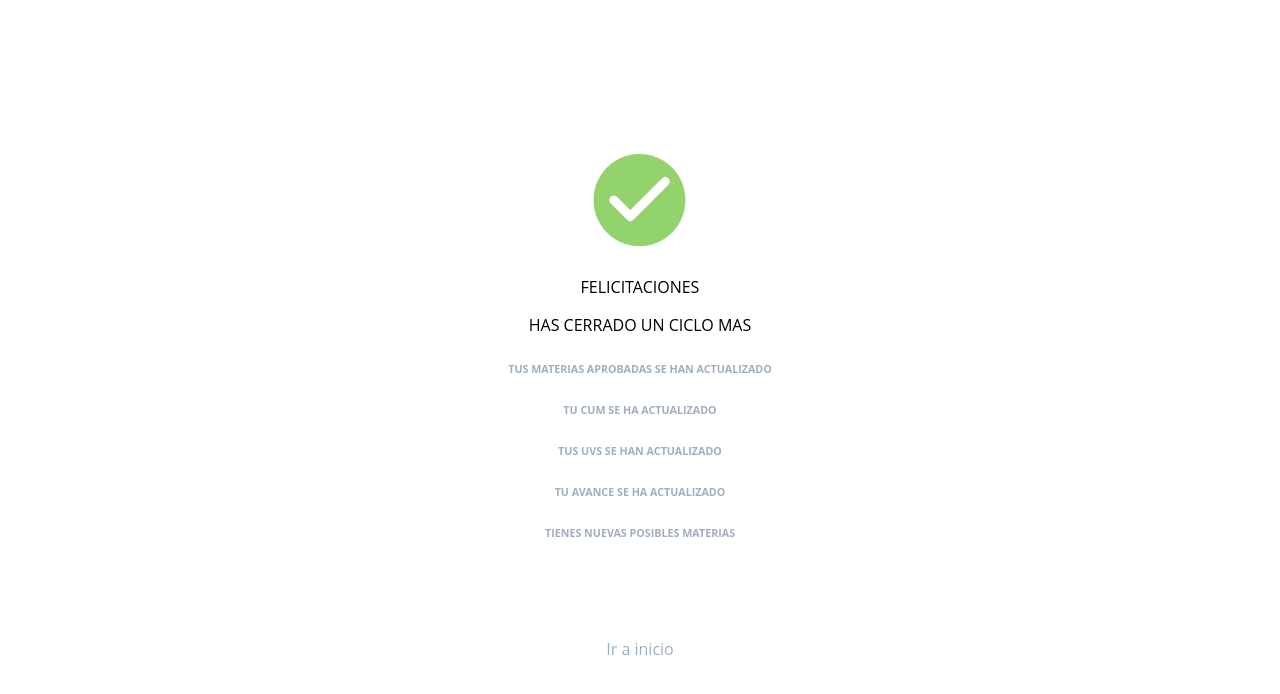
Repository: Cj72001/Proyecto-IngSoft
Page: http://localhost/spring-boot-project00/WEB-INF/jsp/closeSemesterSuccess.jsp
These files come from the project's save history. The page is drawn as it stood at one moment and after the next save; the edit follows.
The browser window is 1280 px wide. The pictures show the whole page.
The page is served by Tomcat 9. Nobody is signed in. The template is opened directly, without the code that normally fills it, so the values that code supplies are empty.

Above is the page before, as saved 2022-11-08 22:00:02.

After the next save:
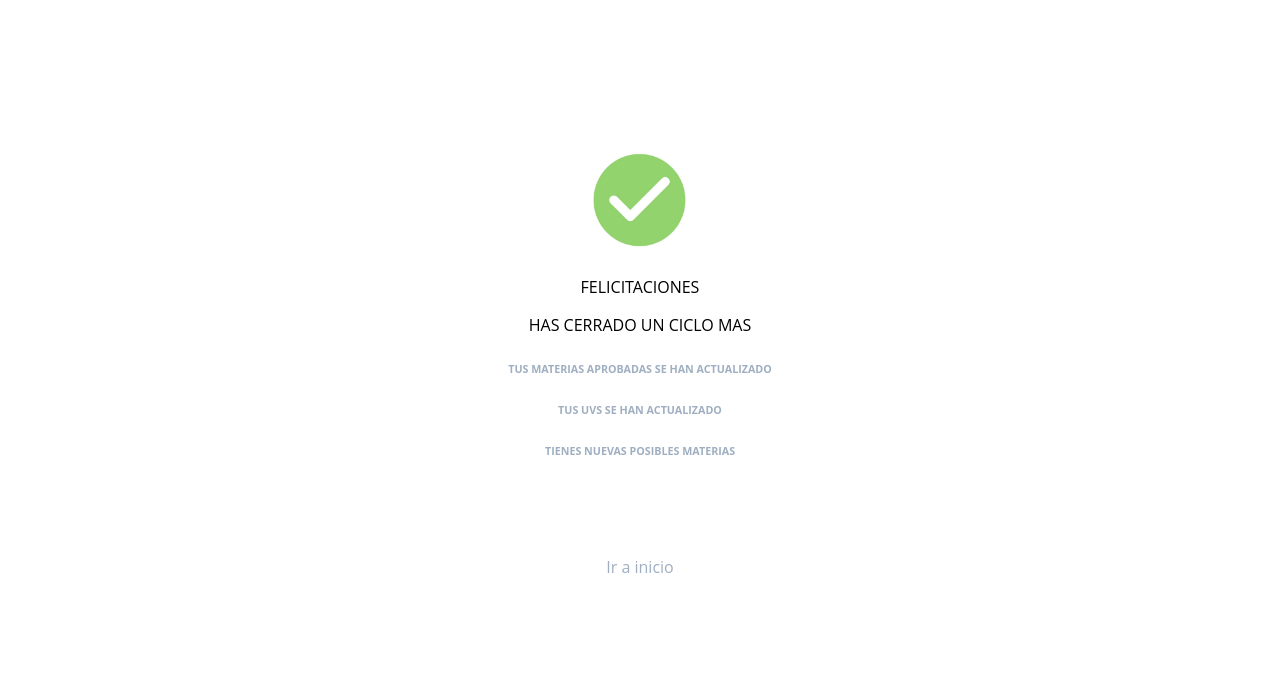
Saved 20 s later.
--- a/spring-boot-project00/src/main/webapp/WEB-INF/jsp/closeSemesterSuccess.jsp
+++ b/spring-boot-project00/src/main/webapp/WEB-INF/jsp/closeSemesterSuccess.jsp
@@ -25,13 +25,7 @@
                 TUS MATERIAS APROBADAS SE HAN ACTUALIZADO
             </h6>
             <h6>
-                TU CUM SE HA ACTUALIZADO
-            </h6>
-            <h6>
                 TUS UVS SE HAN ACTUALIZADO
-            </h6>
-            <h6>
-                TU AVANCE SE HA ACTUALIZADO
             </h6>
             <h6>
                 TIENES NUEVAS POSIBLES MATERIAS
